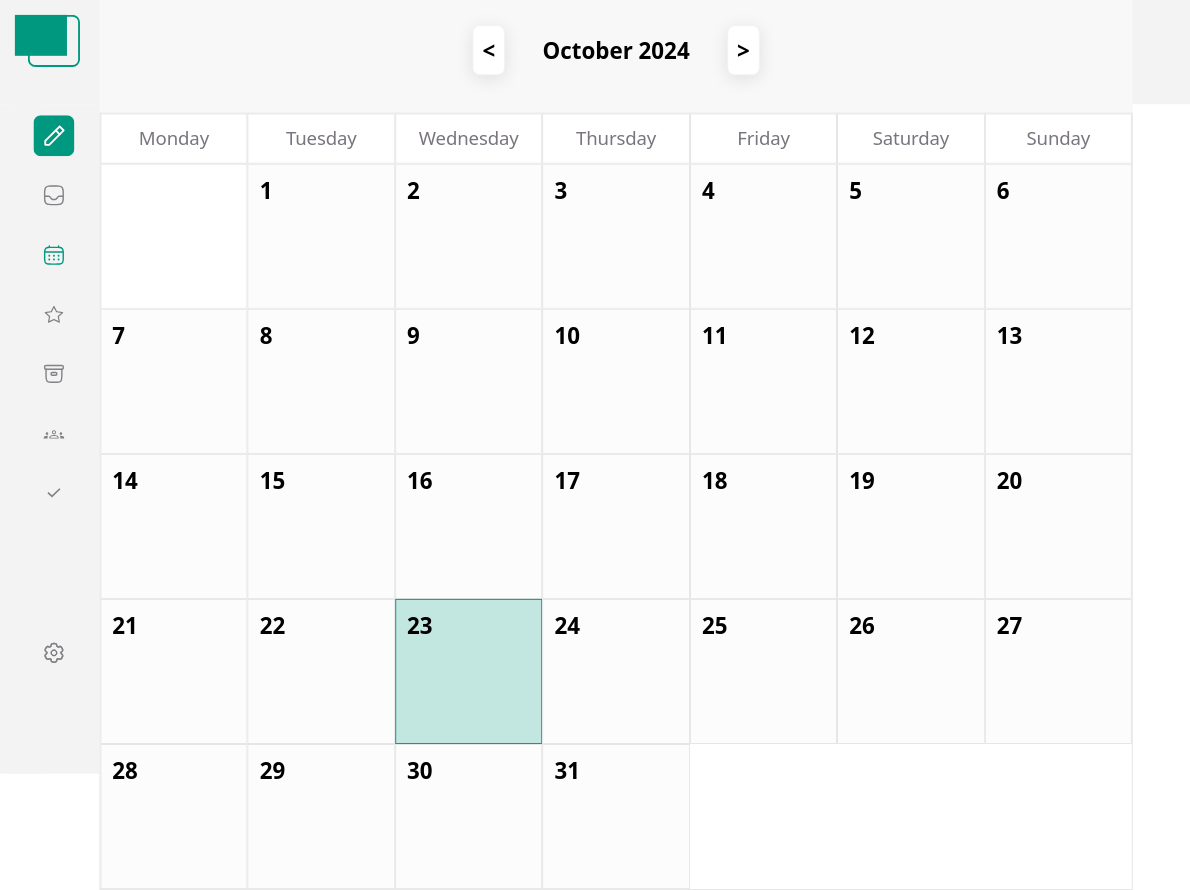
Repository: Tofigkh1/Nomail-App
Page: /calendar
The author's editor kept a copy of each file at every save. The page is drawn from the files as they stood at one save, then again after a run of saves.
The browser window is 1280 px wide. The pictures show the whole page, at 93% of full size.
The project was rebuilt for these pictures with package versions that can differ from the ones it lists, and the page was loaded fresh each time. The framework's server and built-in components were replaced by stand-ins that run in the browser. Also part of the build but not shown: next.config.mjs, components/shared/svg/calendarSvg.jsx.

Above is the page before, as saved 2024-10-23 03:22:09.

After the next 2 saves:
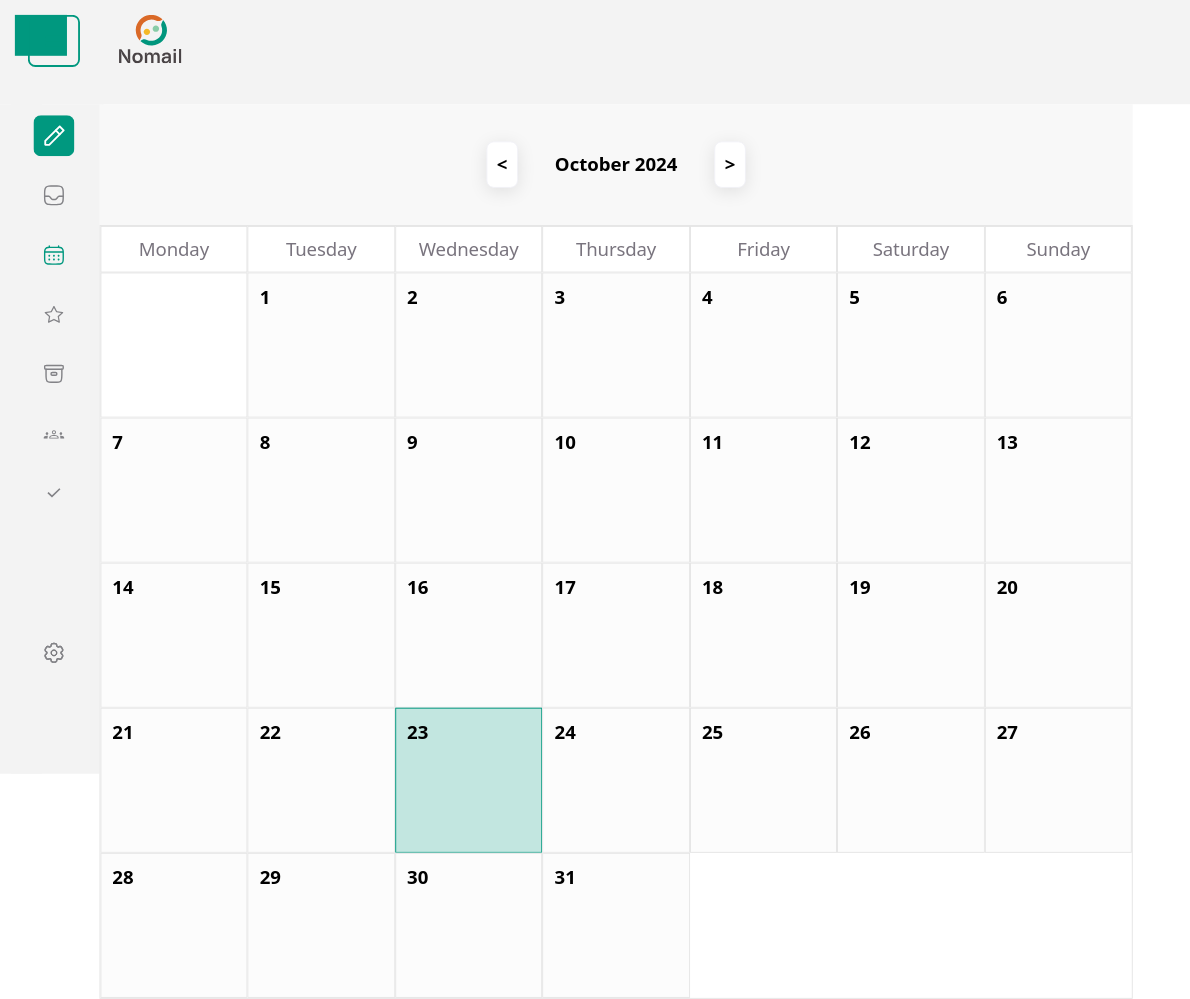
The 2 saves are shown as one change because they came seconds apart.
The last was saved 7 s later.
--- a/app/calendar/page.tsx
+++ b/app/calendar/page.tsx
@@ -87,7 +87,7 @@ export default function CalendarPage() {
                             </div>
                             </Sidebar>
                         </div>
-                        <div className="flex flex-grow justify-center items-center h-screen flex-col font-semibold text-textGray gap-7 text-2xl ">
+                        <div className="flex flex-grow justify-center items-center  flex-col font-semibold text-textGray gap-7 text-xl ">
                    <Calendar/>
                         </div>
 
